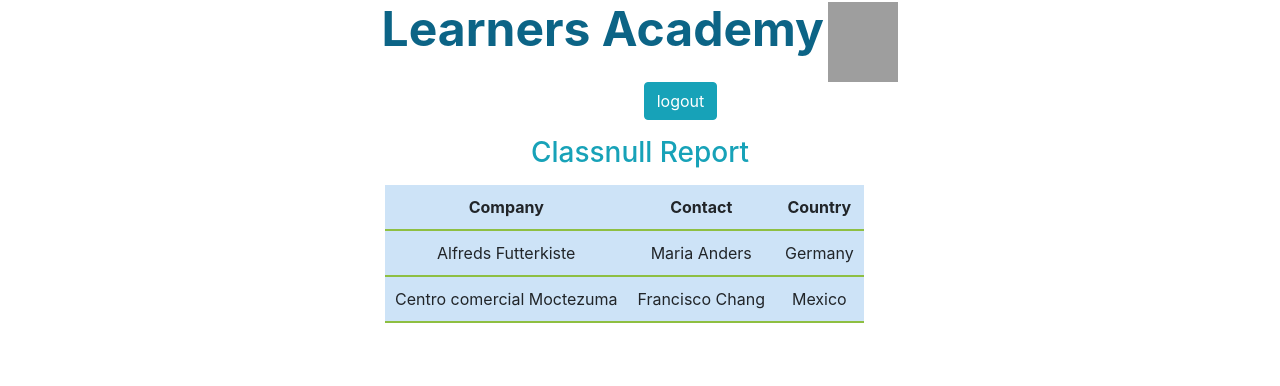
Repository: sindurup/Phase2Project
Page: http://localhost/LearnersAcademyPro/classReport.jsp
The author's editor kept a copy of each file at every save. The page is drawn from the files as they stood at one save, then again after the next save.
The browser window is 1280 px wide. The pictures show the whole page.
Pictures or frames that could not be fetched are drawn as grey boxes. Some web libraries are served in a nearby version. The page is served by Tomcat 9. Other server files are loaded and not shown.

Above is the page before, as saved 2021-09-29 04:21:00.
Console error: TypeError: Cannot read properties of undefined (reading 'fn')

### LearnersAcademyPro/src/main/webapp/classReport.jsp
<%@ page language="java" contentType="text/html; charset=ISO-8859-1"
    pageEncoding="ISO-8859-1"%>
<!DOCTYPE html>


<html>
<link href="//maxcdn.bootstrapcdn.com/bootstrap/4.1.1/css/bootstrap.min.css" rel="stylesheet" id="bootstrap-css">
<script src="//maxcdn.bootstrapcdn.com/bootstrap/4.1.1/js/bootstrap.min.js"></script>
<script src="//cdnjs.cloudflare.com/ajax/libs/jquery/3.2.1/jquery.min.js"></script>

<head>
<meta charset="ISO-8859-1">
<title>Learners Academy</title>
<style>
      table {
        border-collapse: collapse;
      }
      td,
      th {
        padding: 10px;
        border-bottom: 2px solid #8ebf42;
        text-align: center;
        background-color: #cde3f7;
      }
    </style>
</head>
<body>

<div align="center"><label ><h1 class="text-center text-info"><font color="0C6486" size="50px"><b>Learners Academy</b></font></h1></label>
 <img src="D:\Phase2Project\LearnersAcademyPro\1.png" style="width:70px;height:80px;" align="middle"></div>
   <div class="form-group" align="center" >
   <form id="logout" class="form" action="logout" method="post">

    &nbsp;&nbsp;&nbsp;&nbsp;&nbsp;&nbsp;&nbsp;&nbsp;&nbsp;&nbsp;&nbsp;&nbsp;&nbsp;&nbsp;&nbsp;&nbsp;&nbsp; <input type="submit" name="submit" class="btn btn-info btn-md" value="logout">
    </form>
                            </div>
    <div id="login">
      <h3 class="text-center text-info">Class<%=request.getParameter("cls") %> Report</h3>

        <div class="container">

            <div id="login-row" class="row justify-content-center align-items-center">
                <div id="login-column" class="col-md-6">
                    <div id="login-box" class="col-md-12">



                     <form id="clsReport" class="form" action=""  name="clsReport" >
                            <h3 class="text-info"></h3>
                            <div class="form-group">


                             <table>
  <tr >
    <th>Company</th>
    <th>Contact</th>
    <th>Country</th>
  </tr>
  <tr>
    <td>Alfreds Futterkiste</td>
    <td>Maria Anders</td>
    <td>Germany</td>
  </tr>
  <tr>
    <td>Centro comercial Moctezuma</td>
    <td>Francisco Chang</td>
    <td>Mexico</td>
  </tr>
</table>

                            </div>

                            <div class="form-group">


                            </div>

                        </form>



                    </div>
                </div>
            </div>
        </div>
    </div>
</body>
</html>

After the next save:
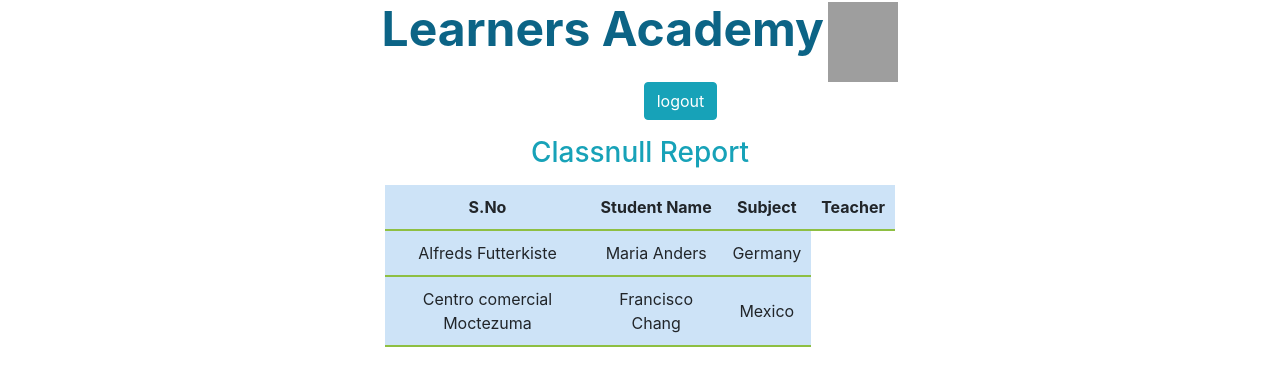
Saved 3 min 1 s later.
--- a/LearnersAcademyPro/src/main/webapp/classReport.jsp
+++ b/LearnersAcademyPro/src/main/webapp/classReport.jsp
@@ -52,9 +52,10 @@
 
                              <table>
   <tr >
-    <th>Company</th>
-    <th>Contact</th>
-    <th>Country</th>
+    <th>S.No</th>
+    <th>Student Name</th>
+    <th>Subject</th>
+    <th>Teacher</th>
   </tr>
   <tr>
     <td>Alfreds Futterkiste</td>
